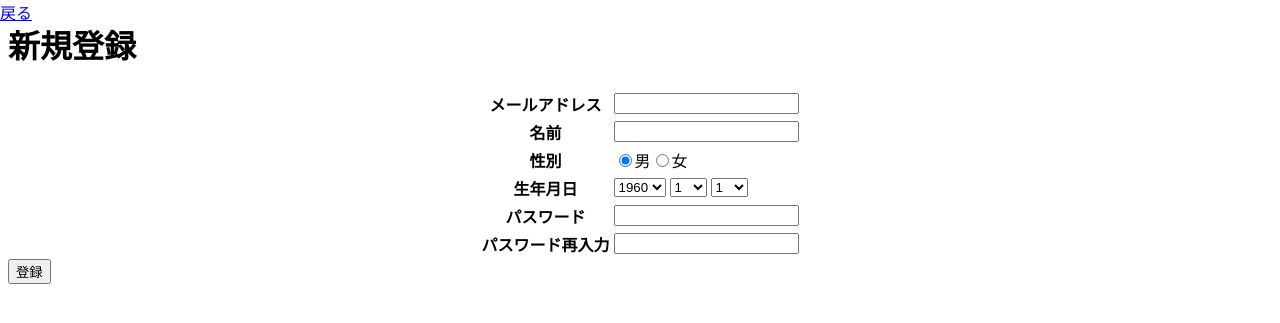
Repository: kawaguchi-mizuki/ntmc
Page: http://localhost/movie/adduser
The author's editor kept a copy of each file at every save. The page is drawn from the files as they stood at one save, then again after the next save.
The browser window is 1280 px wide. The pictures show the whole page.
The page is served by Tomcat 9.

Above is the page before, as saved 2019-06-13 05:08:21.

After the next save:
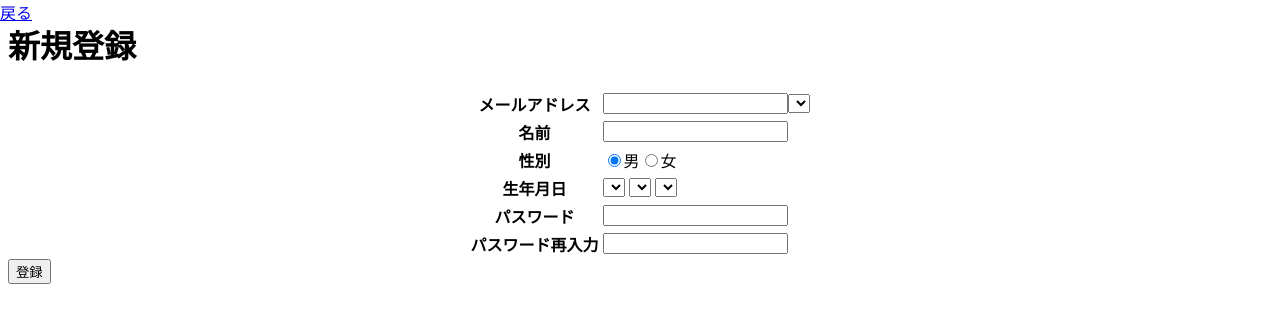
Console error: SyntaxError: Missing initializer in destructuring declaration
Saved 9 min 11 s later.
--- a/開発/movie/movie/WebContent/WEB-INF/jsp/add_user.jsp
+++ b/開発/movie/movie/WebContent/WEB-INF/jsp/add_user.jsp
@@ -15,7 +15,7 @@
 		<table align="center">
 			<tr>
 				<th>メールアドレス</th>
-				<td><input type="text" name="mail"></td>
+				<td><input type="text" name="mail"><select name="addr" id="addr"></select></td>
 			</tr>
 			<tr>
 				<th>名前</th>
@@ -86,6 +86,15 @@
 		option.textContent = value
 		option.value = value
 	}
+
+	const addr = document.getElementById('addr')
+    var[] mail = {"@st.asojuku.ac.jp","@gmail.com"}
+
+	for(let i = 0; i<mail.length;i++){
+		const optionTag = document.createElement("option")
+	 	addr.appendChild(optionTag)
+		dispatchOption(optionTag, mail[i])
+	}
 </script>
 
 

After the save that followed:
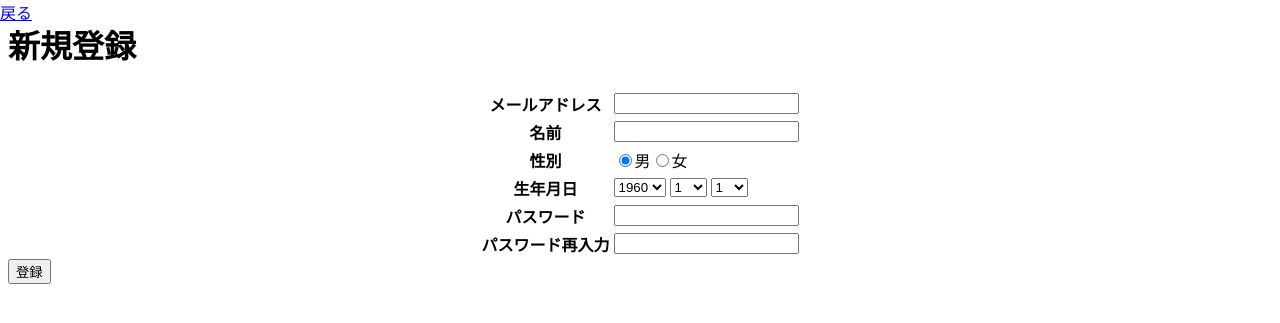
The error is gone.
Saved 73 s later.
--- a/開発/movie/movie/WebContent/WEB-INF/jsp/add_user.jsp
+++ b/開発/movie/movie/WebContent/WEB-INF/jsp/add_user.jsp
@@ -15,7 +15,7 @@
 		<table align="center">
 			<tr>
 				<th>メールアドレス</th>
-				<td><input type="text" name="mail"><select name="addr" id="addr"></select></td>
+				<td><input type="text" name="mail"></td>
 			</tr>
 			<tr>
 				<th>名前</th>
@@ -87,14 +87,7 @@
 		option.value = value
 	}
 
-	const addr = document.getElementById('addr')
-    var[] mail = {"@st.asojuku.ac.jp","@gmail.com"}
 
-	for(let i = 0; i<mail.length;i++){
-		const optionTag = document.createElement("option")
-	 	addr.appendChild(optionTag)
-		dispatchOption(optionTag, mail[i])
-	}
 </script>
 
 
